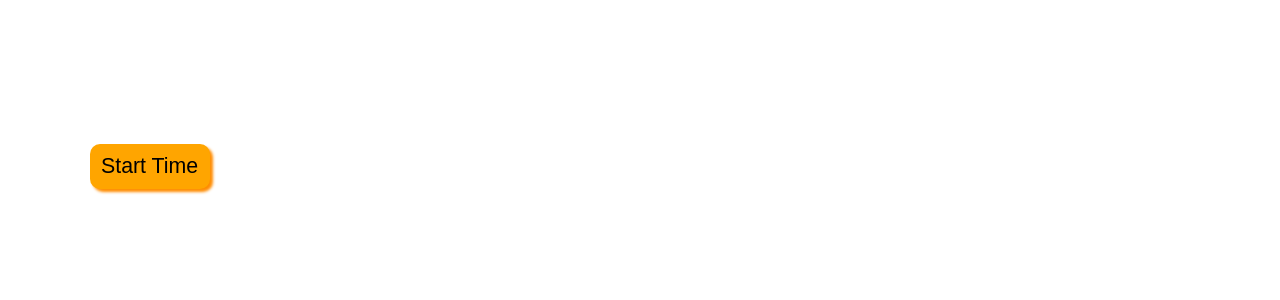
Repository: sylviaah/dynamicmidterm
Page: timer.html
The author's editor kept a copy of each file at every save. The page is drawn from the files as they stood at one save, then again after the next save.
The browser window is 1280 px wide. The pictures show the whole page.

Above is the page before, as saved 2020-03-13 10:41:35.

### timer.html
<!DOCTYPE html>
<html>
    <head>
        <title>Timer</title>
        <link rel="stylesheet" href="timer.css">
    </head>
    <body>
        <div class="timer"><div class="innerTimer"></div></div>

        <div class="startTime" onclick="start()">Start Time</div>

        <script src="timer.js"></script>
    </body>
</html>

### timer.css
.timer {
    margin: 50px;
    visibility: hidden;
    width: 100px;
    height: 100px;
    border-radius: 50%;
    background: yellowgreen;
    background-image:
    linear-gradient(to right, transparent 50%, #655 0);
  }

.innerTimer {
    content: '';
    display: none;
    margin-left: 50%;
    height: 100%;
    border-radius: 0 100% 100% 0 / 50%;
    background-color:  yellowgreen;
    transform-origin: left;
    transform: rotate(0deg);
    animation: spin 5s linear infinite,
                bg 10s step-end infinite;
}

@keyframes spin {
    to { transform: rotate(.5turn); }
  }

@keyframes bg {
    50% { background: #655; }
}

.startTime{
    display: flex;
    position: fixed;
    top: 20%;
    left: 7%;
    width: 100px;
    justify-content: center;
    border-radius: 10px;
    padding: 10px 10px;
    background-color:orange;
    font-size: 16pt;
    font-family: Arial, Helvetica, sans-serif;
    box-shadow: 3px 3px 3px darkorange;
}

### timer.js
    var timeOut;

    function start(){
        document.querySelector(".timer").style.visibility = 'visible';
        document.querySelector(".innerTimer").style.display = 'block';
        timeOut = setTimeout(function(){stop(); }, 10000);
    }

    function stop(){
        document.querySelector(".timer").style.visibility = 'hidden';
        timeOut = setTimeout(function(){alert("Out of time!"); }, 1);
    }

After the next save:
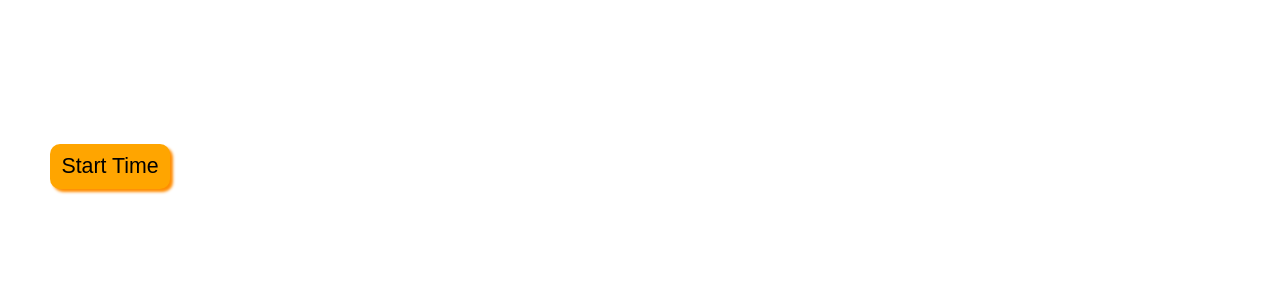
Saved 17 s later.
--- a/timer.css
+++ b/timer.css
@@ -34,7 +34,7 @@
     display: flex;
     position: fixed;
     top: 20%;
-    left: 7%;
+    left: 50px;
     width: 100px;
     justify-content: center;
     border-radius: 10px;
